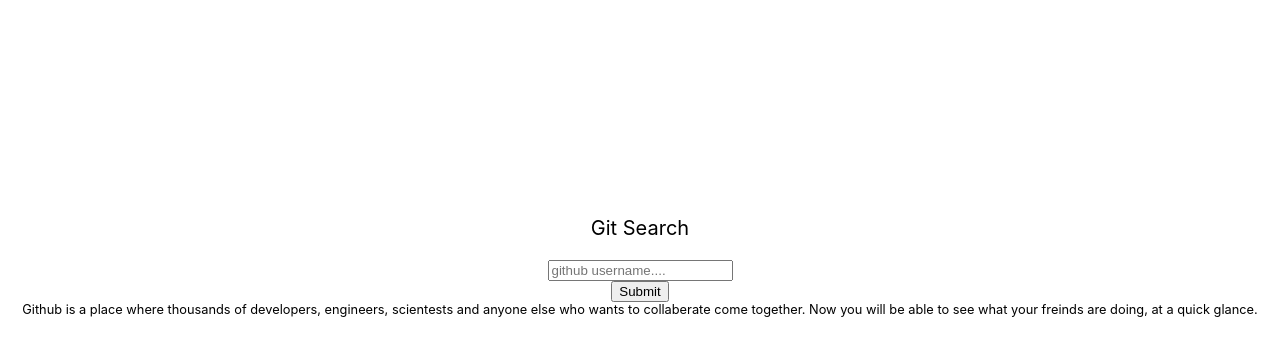
Repository: carlsopa/gitsearch
Page: / (app in gitsearch/)
An editor plug-in stored every save of this project. The page is shown before and after the next save, followed by the edit.
The browser window is 1280 px wide. The pictures show the whole page.
The project was rebuilt for these pictures with package versions that can differ from the ones it lists, and the page was loaded fresh each time. Also part of the build but not shown: gitsearch/src/components/profile.js, gitsearch/src/components/repo_card.js, gitsearch/src/components/repos.js.

Above is the page before, as saved 2020-06-23 08:30:04.

### gitsearch/src/App.js
import React,{useState,useEffect} from 'react';
import './App.css';
import'./design/git.css'
import Profile from './components/profile';
import Repos from './components/repos';
import Holder from './components/holder';


function App() {
  const uri = 'https://api.github.com/users/'
  const [searchTerm,setSearchTerm] = useState('')
  const [loaded,setLoaded] = useState(false);
  const [results, setResults] = useState([])
  const [error,setError] = useState('')
  const alpha=(data)=>{
    setSearchTerm(data);
  }
  const FetchUser=()=>{
    fetch(uri+searchTerm,{
      headers:{
        Authorization: "basic "+btoa('carlsopa')
      }
    })
    .then(res=>res.json())
    .then(
      (result)=>{
        setLoaded(true)
        setResults(result)
      },
      (error)=>{
        setLoaded(true)
        setError(error)
      }
    )
  }
  return (
    <div className="App">
      <header>
        {results.length!=0?<div><div class='header' id="header_search">Git Search</div>
        <input type="text" id="gitSearch" placeholder="git profile...." onChange={(e)=>setSearchTerm(e.target.value)}/>
        <a href="#" onClick={(e)=>FetchUser()}>Submit</a></div>:null}
      </header>
      {results.length===0?<Holder alpha={alpha} fetch={FetchUser}/>:
      <div><Profile values={results}/><Repos values={results}/></div>}
    </div>
  );
}

export default App;

### gitsearch/src/design/git.css
#start{
    position: relative;
    display: flex;
  flex-direction: column;
  align-items: center;
  /* justify-content: center; */
  /* min-height: 100vh; */
  top:30vh;
}
#title{
    margin-bottom:20px;
    /* font-size:1.25rem; */
}
.header{
    font-size:1.25rem;
}
#sub_text{
    font-size:.8rem;
}

### gitsearch/src/components/holder.js
import React from 'react';

function Holder(props) {
    return (
        <div id='start'>
            <div class='header' id='title'>Git Search</div>
            <input type="text" placeholder='github username....' onChange={(e)=>props.alpha(e.target.value)}/>
            <button type="button" onClick={(e)=>props.fetch()}>Submit</button>
            <div id="sub_text" >
                Github is a place where thousands of developers, engineers, scientests and anyone else who wants to collaberate come together.  Now you will be able to see what your freinds are doing, at a quick glance.
            </div>

        </div>
    )
}

export default Holder;

Loaded but not shown: gitsearch/public/index.html (common file); gitsearch/src/index.js (common file); gitsearch/src/index.css (common file); gitsearch/src/serviceWorker.js (common file); gitsearch/src/App.css (common file)

After the next save:
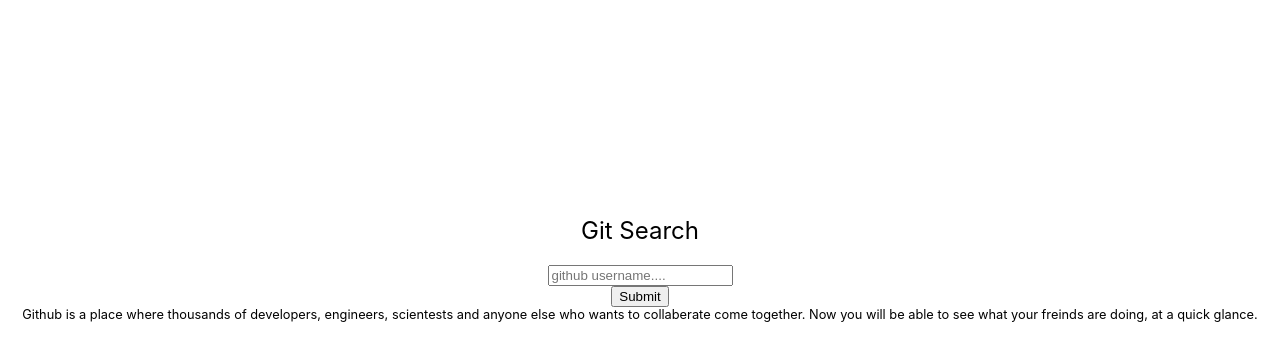
Saved 41 s later.
--- a/gitsearch/src/design/git.css
+++ b/gitsearch/src/design/git.css
@@ -12,7 +12,7 @@
     /* font-size:1.25rem; */
 }
 .header{
-    font-size:1.25rem;
+    font-size:1.5rem;
 }
 #sub_text{
     font-size:.8rem;
